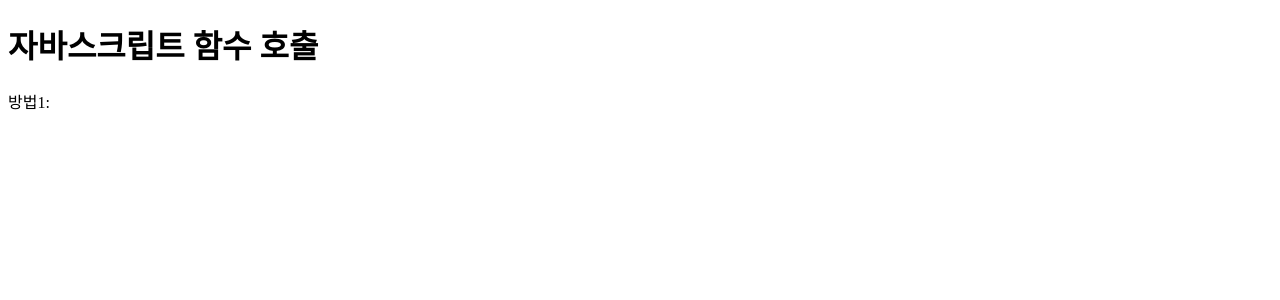
Repository: shinsil0601/webstudy
Page: 03_JavaScript/src/main/webapp/day02/ex07_function.html
The author's editor kept a copy of each file at every save. The page is drawn from the files as they stood at one save, then again after the next save.
The browser window is 1280 px wide. The pictures show the whole page.

Above is the page before, as saved 2023-06-28 03:02:11.
Console error: ReferenceError: test1 is not defined

### 03_JavaScript/src/main/webapp/day02/ex07_function.html
<!DOCTYPE html>
<html>
<head>
<meta charset="UTF-8">
<title>html에서 자바스크립트 함수 호출</title>
<script>
	function test(su) {
		document.write("<h2> 함수 호출 연습 "+ su +"</h2>");
	}
</script>
</head>
<body>
	<h1> 자바스크립트 함수 호출</h1>
	방법1: <script type="text/javascript"> test1(1); </script>
</body>
</html>

After the next save:
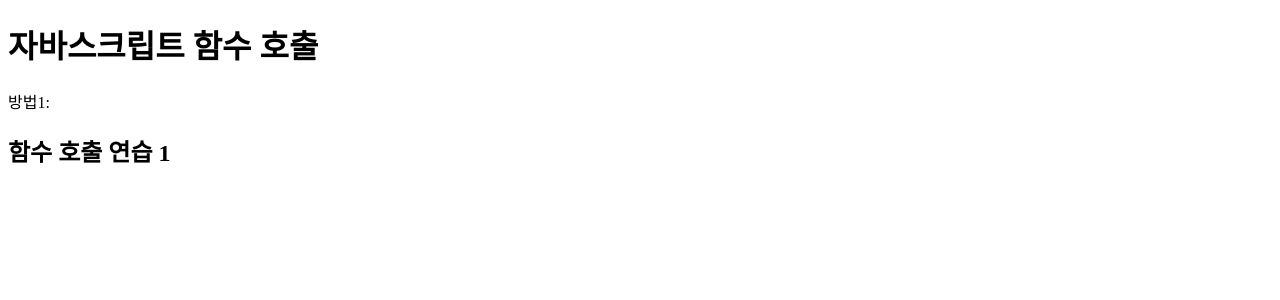
The error is gone.
Saved 15 s later.
--- a/03_JavaScript/src/main/webapp/day02/ex07_function.html
+++ b/03_JavaScript/src/main/webapp/day02/ex07_function.html
@@ -11,6 +11,6 @@
 </head>
 <body>
 	<h1> 자바스크립트 함수 호출</h1>
-	방법1: <script type="text/javascript"> test1(1); </script>
+	방법1: <script type="text/javascript"> test(1); </script>
 </body>
 </html>
